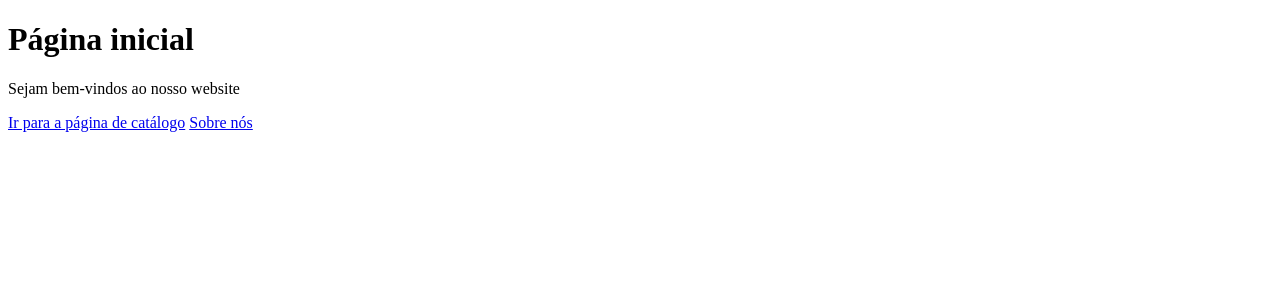
Repository: Mcecy/desafio-mergeconflict
Page: index.html
An editor plug-in stored every save of this project. The page is shown before and after the next save, followed by the edit.
The browser window is 1280 px wide. The pictures show the whole page.

Above is the page before, as saved 2022-12-03 21:17:37.

### index.html
<!DOCTYPE html>
<html lang="en">
<head>
<meta charset="UTF-8">
<meta http-equiv="X-UA-Compatible" content="IE=edge">
<meta name="viewport" content="width=device-width, initial-scale=1.0">
<title>Document</title>
</head>
<body>
<h1>Página inicial</h1>
<p>Sejam bem-vindos ao nosso website</p>
<a href="catalogo.html">Ir para a página de catálogo</a>
<a href="sobre.html">Sobre nós</a>
</body>
</html>

After the next save:
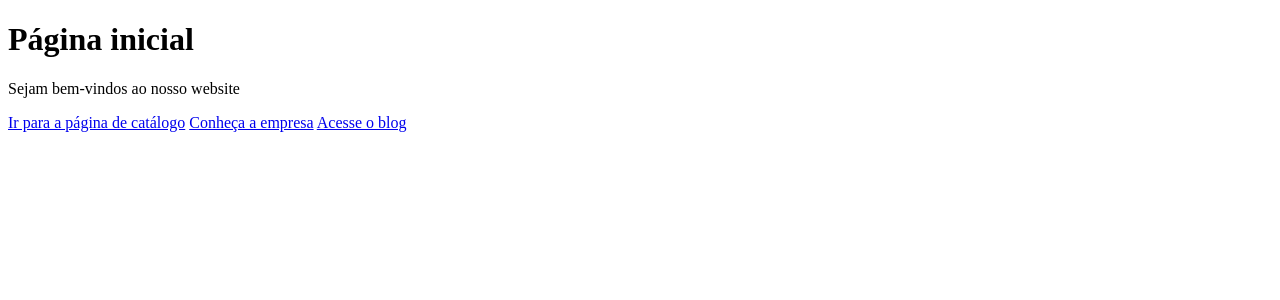
Saved 30 s later.
--- a/index.html
+++ b/index.html
@@ -10,6 +10,7 @@
 <h1>Página inicial</h1>
 <p>Sejam bem-vindos ao nosso website</p>
 <a href="catalogo.html">Ir para a página de catálogo</a>
-<a href="sobre.html">Sobre nós</a>
+<a href="sobre.html">Conheça a empresa</a>
+<a href="blog.html">Acesse o blog</a>
 </body>
 </html>
